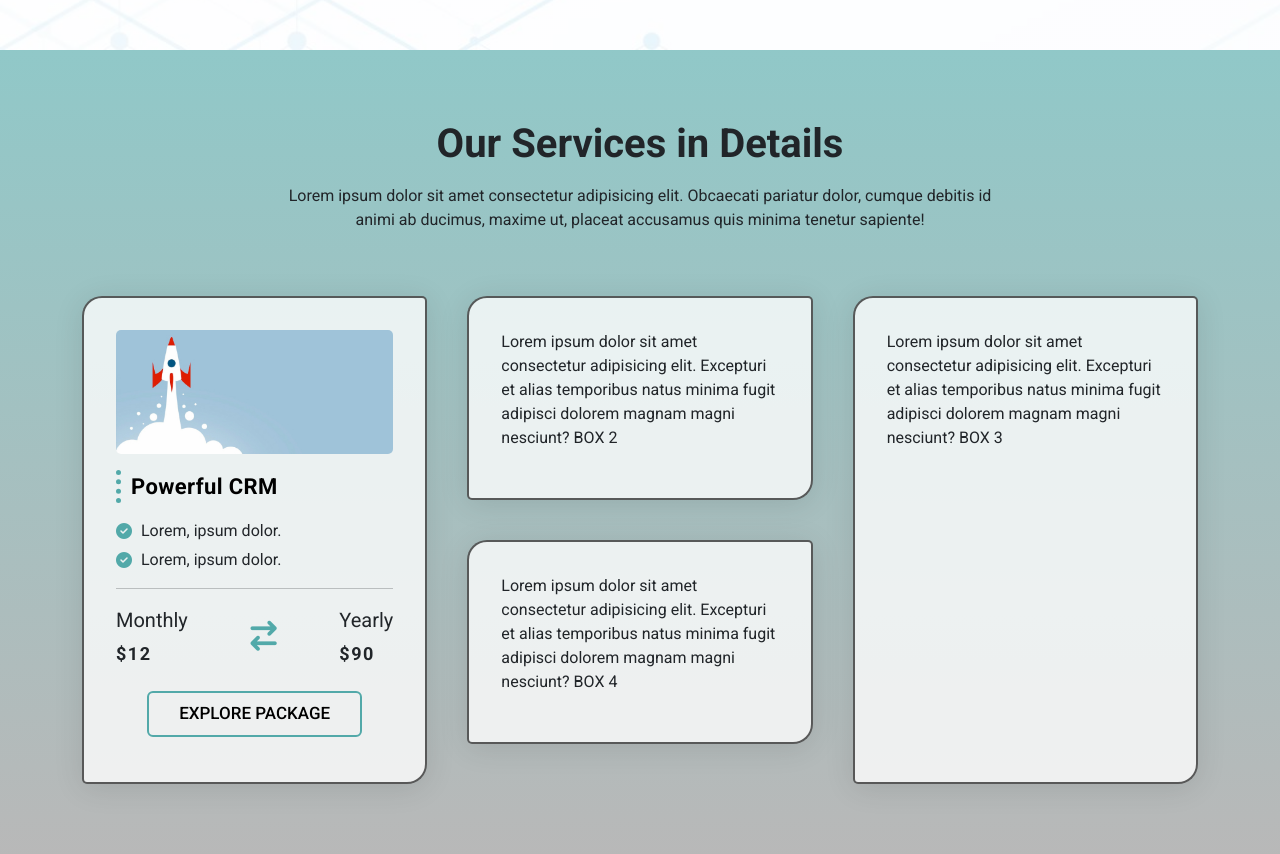
Repository: nazmulalok/landing-page-angelio
Page: index.html
An editor plug-in stored every save of this project. The page is shown before and after the next save, followed by the edit.
The browser window is 1280 px wide. The pictures show the part of the page from y = 2012 to 2866 px (the page is 2866 px tall).
A picture or video elsewhere on the page could not be fetched, so the positions and the page height are approximate. Some web libraries are served in a nearby version.

Above is the page before, as saved 2022-09-26 13:32:24.

After the next save:
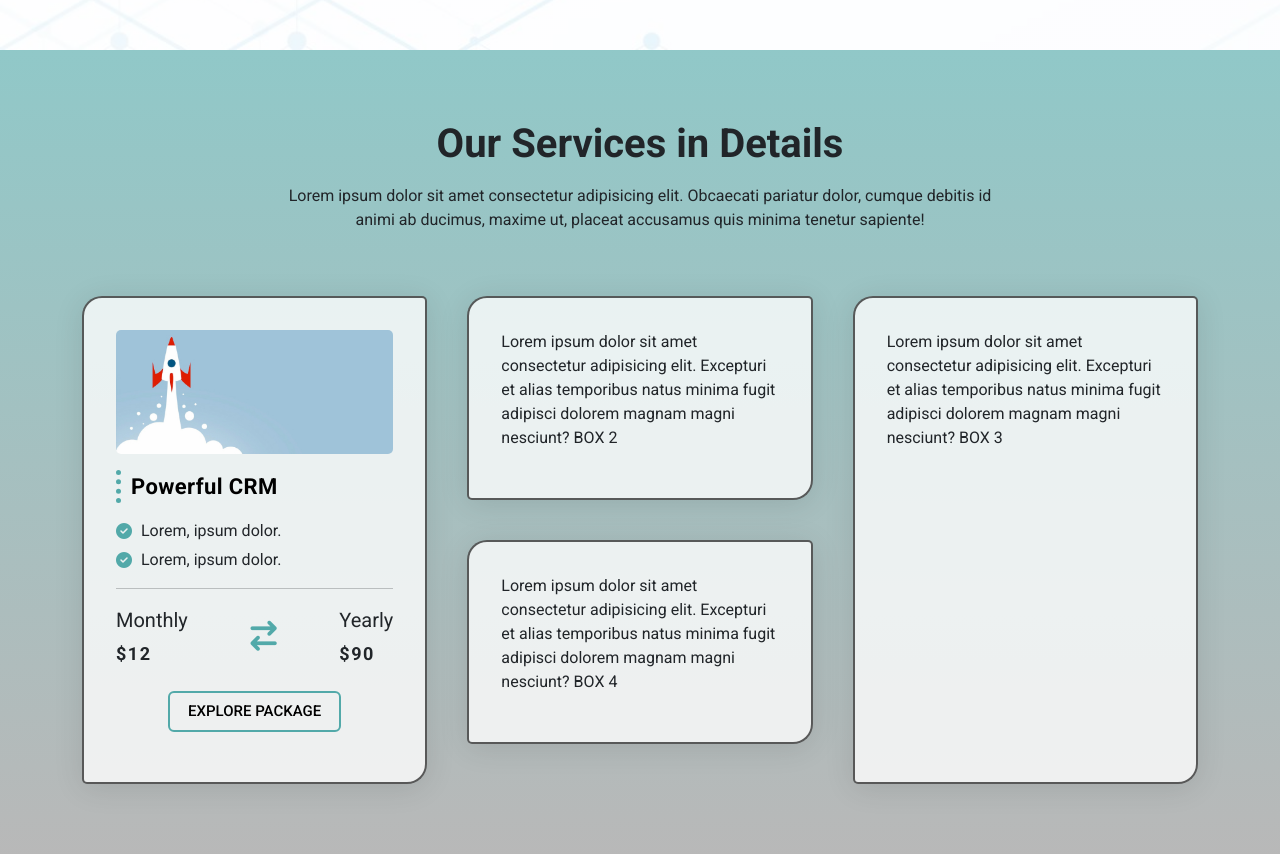
Saved 71 s later.
--- a/style.css
+++ b/style.css
@@ -432,7 +432,7 @@ span.arrow-text:before {
 }
 
 .secondary-btn {
-    padding: 0.5em 1.75em;
+    padding: 0.5em 1.2em;
     background-color: transparent;
     border-radius: 6px;
     border: 2px solid var(--primary-color);
@@ -440,7 +440,7 @@ span.arrow-text:before {
     position: relative;
     overflow: hidden;
     font-weight: 500;
-    font-size: 17px;
+    font-size: 15px;
     text-transform: uppercase;
     display: inline-block;
     text-decoration: none;
